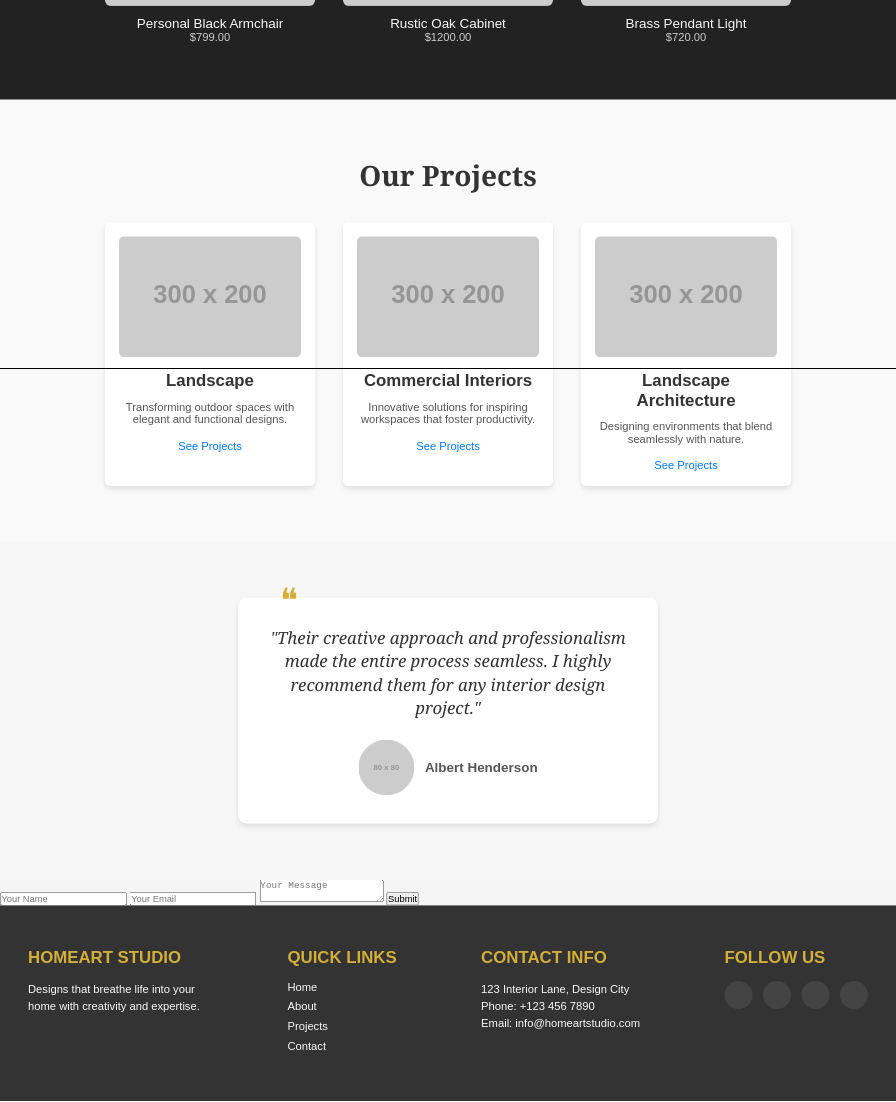
Repository: Patience225/home-decor-studio
Page: index.html
The author's editor kept a copy of each file at every save. The page is drawn from the files as they stood at one save, then again after a run of saves.
The browser window is 1280 px wide. The pictures show the part of the page from y = 2378 to 4298 px (the page is 3952 px tall before and 4298 px after), at 70% of full size.

Above is the page before, as saved 2025-01-29 04:46:25.

### index.html
<!DOCTYPE html>
<html lang="en">
<head>
  <meta charset="UTF-8">
  <meta name="viewport" content="width=device-width, initial-scale=1.0">
  <title>HomeArt Studio</title>
  <link rel="stylesheet" href="styles.css">
</head>
<body>
  <header>
    <nav class="navbar">
      <div class="logo">HomeArt Studio</div>
      <ul class="nav-links">
        <li><a href="#">Home</a></li>
        <li><a href="#">About</a></li>
        <li><a href="#">Services</a></li>
        <li><a href="#">Collections</a></li>
        <li><a href="#">Projects</a></li>
        <li><a href="#">Contact</a></li>
      </ul>
      <div class="hamburger">
        <span></span>
        <span></span>
        <span></span>
      </div>
    </nav>
  </header>
  <section class="hero">
    <div class="hero-content">
      <h1>Designs That Breathe Life into Your Home</h1>
      <img src="https://via.placeholder.com/1200x600" alt="Living room design" class="hero-image">
      <div class="hero-stats">
        <div class="stat-item">
          <h2>100%</h2>
          <p>Satisfaction Guarantee</p>
        </div>
        <div class="stat-item">
          <h2>250</h2>
          <p>Projects Completed</p>
        </div>
        <div class="stat-item">
          <h2>3469</h2>
          <p>Happy Clients</p>
        </div>
      </div>
    </div>
  </section>
  <section class="introduction">
    <div class="intro-container">
      <div class="intro-text">
        <h2>Bringing Vision and Expertise to Every Project</h2>
        <p>
          With years of experience and a commitment to excellence, we transform
          spaces into inspiring works of art. Whether you are looking to refresh a room
          or design a completely new living space, we provide personalized solutions
          tailored to your taste and lifestyle.
        </p>
      </div>
      <div class="intro-images">
        <img src="https://via.placeholder.com/400x300" alt="Interior design 1">
        <img src="https://via.placeholder.com/400x300" alt="Interior design 2">
      </div>
    </div>
  </section>
  <section class="call-to-action">
    <div class="cta-container">
      <h2>For Everything Your Home Deserves, Reach Out to Us</h2>
      <div class="cta-images">
        <div class="image-card">
          <img src="https://via.placeholder.com/300x300" alt="Armchair">
          <p class="product-name">Personal Black Armchair</p>
          <p class="product-price">$799.00</p>
        </div>
        <div class="image-card">
          <img src="https://via.placeholder.com/300x300" alt="Cabinet">
          <p class="product-name">Rustic Oak Cabinet</p>
          <p class="product-price">$1200.00</p>
        </div>
        <div class="image-card">
          <img src="https://via.placeholder.com/300x300" alt="Pendant Light">
          <p class="product-name">Brass Pendant Light</p>
          <p class="product-price">$720.00</p>
        </div>
      </div>
    </div>
  </section>
  <section class="projects">
    <h2>Our Projects</h2>
    <div class="project-cards">
      <div class="project-card">
        <img src="https://via.placeholder.com/300x200" alt="Landscape Project">
        <h3>Landscape</h3>
        <p>Transforming outdoor spaces with elegant and functional designs.</p>
        <a href="#" class="project-link">See Projects</a>
      </div>
      <div class="project-card">
        <img src="https://via.placeholder.com/300x200" alt="Commercial Interiors">
        <h3>Commercial Interiors</h3>
        <p>Innovative solutions for inspiring workspaces that foster productivity.</p>
        <a href="#" class="project-link">See Projects</a>
      </div>
      <div class="project-card">
        <img src="https://via.placeholder.com/300x200" alt="Architecture">
        <h3>Landscape Architecture</h3>
        <p>Designing environments that blend seamlessly with nature.</p>
        <a href="#" class="project-link">See Projects</a>
      </div>
    </div>
  </section>
  <section class="customer-review">
    <div class="review-container">
      <span class="quote-icon">❝</span>
      <p class="review-text">"Their creative approach and professionalism made the entire process seamless. I highly recommend them for any interior design project."</p>
      <div class="customer-info">
        <img src="https://via.placeholder.com/80x80" alt="Customer Picture" class="customer-img">
        <p class="customer-name">Albert Henderson</p>
      </div>
    </div>
  </section>
  <form id="contact-form">
    <input type="text" id="name" placeholder="Your Name" required>
    <input type="email" id="email" placeholder="Your Email" required>
    <textarea id="message" placeholder="Your Message" required></textarea>
    <button type="submit">Submit</button>
    <p id="form-feedback"></p>
  </form>
  <button id="back-to-top">↑</button>

  <footer class="footer">
    <div class="footer-container">
      <div class="footer-column">
        <h3>HomeArt Studio</h3>
        <p>Designs that breathe life into your home with creativity and expertise.</p>
      </div>
      <div class="footer-column">
        <h3>Quick Links</h3>
        <ul>
          <li><a href="#">Home</a></li>
          <li><a href="#">About</a></li>
          <li><a href="#">Projects</a></li>
          <li><a href="#">Contact</a></li>
        </ul>
      </div>
      <div class="footer-column">
        <h3>Contact Info</h3>
        <p>123 Interior Lane, Design City</p>
        <p>Phone: +123 456 7890</p>
        <p>Email: info@homeartstudio.com</p>
      </div>
      <div class="footer-column">
        <h3>Follow Us</h3>
        <div class="social-icons">
          <a href="#"><i class="fab fa-facebook-f"></i></a>
          <a href="#"><i class="fab fa-twitter"></i></a>
          <a href="#"><i class="fab fa-instagram"></i></a>
          <a href="#"><i class="fab fa-linkedin-in"></i></a>
        </div>
      </div>
    </div>
  </footer>

  <script src="script.js"></script>
</body>
</html>

### styles.css
* {
  margin: 0;
  padding: 0;
  box-sizing: border-box;
}

body {
  font-family: 'Arial', sans-serif;
  background-color: #f5f5f5;
}

header {
  width: 100%;
  background-color: white;
  padding: 15px 30px;
  box-shadow: 0 2px 5px rgba(0, 0, 0, 0.1);
  position: fixed;
  top: 0;
  z-index: 10;
}

.navbar {
  display: flex;
  justify-content: space-between;
  align-items: center;
  max-width: 1200px;
  margin: auto;
}

.logo {
  font-size: 1.5rem;
  font-weight: bold;
  color: #333;
}

.nav-links {
  display: flex;
  list-style: none;
}

.nav-links li {
  margin-left: 25px;
}

.nav-links a {
  text-decoration: none;
  color: #333;
  font-size: 1rem;
  transition: color 0.3s ease;
}

.nav-links a:hover {
  color: #0078ff;
}

.hamburger {
  display: none;
  flex-direction: column;
  cursor: pointer;
}

.hamburger span {
  height: 3px;
  width: 25px;
  background: #333;
  margin: 4px 0;
}

@media (max-width: 768px) {
  .nav-links {
    display: none;
    flex-direction: column;
    position: absolute;
    top: 60px;
    right: 0;
    background-color: white;
    width: 100%;
    text-align: right;
  }

  .nav-links.active {
    display: flex;
  }

  .hamburger {
    display: flex;
  }
}

.hero {
  width: 100%;
  background-color: #f9f9f9;
  padding: 80px 0;
  text-align: center;
}

.hero-content h1 {
  font-size: 3rem;
  font-family: 'Georgia', serif;
  color: #333;
  margin-bottom: 20px;
}

.hero-image {
  width: 100%;
  max-width: 1200px;
  height: auto;
  border-radius: 8px;
  margin: 30px 0;
}

.hero-stats {
  display: flex;
  justify-content: space-evenly;
  max-width: 1000px;
  margin: auto;
  padding: 20px 0;
}

.stat-item {
  text-align: center;
}

.stat-item h2 {
  font-size: 2.5rem;
  font-weight: bold;
  color: #0078ff;
}

.stat-item p {
  font-size: 1rem;
  color: #555;
}

@media (max-width: 768px) {
  .hero-content h1 {
    font-size: 2rem;
  }

  .hero-stats {
    flex-direction: column;
    gap: 20px;
  }
}

.introduction {
  background-color: #ffffff;
  padding: 80px 0;
  text-align: left;
}

.intro-container {
  display: flex;
  justify-content: space-between;
  align-items: center;
  max-width: 1200px;
  margin: auto;
}

.intro-text {
  width: 50%;
  padding-right: 20px;
}

.intro-text h2 {
  font-size: 2.5rem;
  font-family: 'Georgia', serif;
  color: #333;
  margin-bottom: 15px;
}

.intro-text p {
  font-size: 1rem;
  line-height: 1.6;
  color: #555;
}

.intro-images {
  display: flex;
  flex-direction: column;
  gap: 20px;
  width: 40%;
}

.intro-images img {
  width: 100%;
  border-radius: 8px;
  object-fit: cover;
}

@media (max-width: 768px) {
  .intro-container {
    flex-direction: column;
    text-align: center;
  }

  .intro-text,
  .intro-images {
    width: 100%;
  }

  .intro-text {
    padding-right: 0;
  }
}

.call-to-action {
  background-color: #222;
  padding: 80px 0;
  text-align: center;
  color: #fff;
}

.cta-container h2 {
  font-size: 2.5rem;
  font-family: 'Georgia', serif;
  color: #ffffff;
  margin-bottom: 40px;
}

.cta-images {
  display: flex;
  justify-content: center;
  gap: 40px;
}

.image-card {
  text-align: center;
  max-width: 300px;
}

.image-card img {
  width: 100%;
  border-radius: 8px;
  object-fit: cover;
}

.product-name {
  font-size: 1.2rem;
  color: #f9f9f9;
  margin-top: 10px;
}

.product-price {
  font-size: 1rem;
  color: #cccccc;
}

@media (max-width: 768px) {
  .cta-images {
    flex-direction: column;
    gap: 20px;
  }
}

.projects {
  background-color: #f9f9f9;
  padding: 80px 0;
  text-align: center;
}

.projects h2 {
  font-size: 2.5rem;
  font-family: 'Georgia', serif;
  color: #333;
  margin-bottom: 40px;
}

.project-cards {
  display: flex;
  justify-content: center;
  gap: 40px;
  max-width: 1200px;
  margin: auto;
}

.project-card {
  background-color: #ffffff;
  border-radius: 8px;
  text-align: center;
  max-width: 300px;
  padding: 20px;
  box-shadow: 0 4px 8px rgba(0, 0, 0, 0.1);
}

.project-card img {
  width: 100%;
  border-radius: 8px;
  transition: transform 0.3s ease;
}

.project-card img:hover {
  transform: scale(1.05);
}

.project-card h3 {
  font-size: 1.5rem;
  color: #333;
  margin: 15px 0;
}

.project-card p {
  font-size: 1rem;
  color: #555;
  margin-bottom: 20px;
}

.project-link {
  font-size: 1rem;
  color: #0078ff;
  text-decoration: none;
}

.project-link:hover {
  text-decoration: underline;
}

@media (max-width: 768px) {
  .project-cards {
    flex-direction: column;
    gap: 20px;
  }
}

.customer-review {
  background-color: #f6f6f6;
  padding: 80px 0;
  text-align: center;
}

.review-container {
  background-color: #ffffff;
  max-width: 600px;
  margin: auto;
  padding: 40px;
  border-radius: 12px;
  box-shadow: 0 4px 8px rgba(0, 0, 0, 0.1);
  position: relative;
}

.quote-icon {
  font-size: 3rem;
  color: #d4af37;
  position: absolute;
  top: -25px;
  left: 10%;
}

.review-text {
  font-family: 'Georgia', serif;
  font-size: 1.5rem;
  font-style: italic;
  color: #333;
  margin-bottom: 30px;
}

.customer-info {
  display: flex;
  justify-content: center;
  align-items: center;
  gap: 15px;
  margin-top: 20px;
}

.customer-img {
  width: 80px;
  height: 80px;
  border-radius: 50%;
  object-fit: cover;
}

.customer-name {
  font-size: 1.2rem;
  font-weight: bold;
  color: #555;
}

@media (max-width: 768px) {
  .review-container {
    padding: 30px;
  }

  .review-text {
    font-size: 1.2rem;
  }

  .quote-icon {
    font-size: 2.5rem;
  }
}

#back-to-top {
  position: fixed;
  bottom: 30px;
  right: 30px;
  background-color: #d4af37;
  color: white;
  border: none;
  padding: 10px 15px;
  cursor: pointer;
  display: none;
  border-radius: 50%;
}

#back-to-top:hover {
  background-color: #333;
}


/* Footer Styles */
.footer {
  background-color: #333;
  color: #f9f9f9;
  padding: 60px 0;
}

.footer-container {
  display: flex;
  justify-content: space-between;
  max-width: 1200px;
  margin: auto;
  flex-wrap: wrap;
  gap: 40px;
}

.footer-column {
  max-width: 250px;
}

.footer-column h3 {
  font-size: 1.5rem;
  text-transform: uppercase;
  color: #d4af37;
  margin-bottom: 20px;
}

.footer-column p {
  font-size: 1rem;
  line-height: 1.5;
}

.footer-column ul {
  list-style: none;
  padding: 0;
}

.footer-column ul li {
  margin-bottom: 10px;
}

.footer-column ul li a {
  color: #f9f9f9;
  text-decoration: none;
  transition: color 0.3s ease;
}

.footer-column ul li a:hover {
  color: #d4af37;
}

.social-icons {
  display: flex;
  gap: 15px;
}

.social-icons a {
  display: inline-block;
  color: #f9f9f9;
  background-color: #444;
  width: 40px;
  height: 40px;
  line-height: 40px;
  text-align: center;
  border-radius: 50%;
  font-size: 1.2rem;
  transition: all 0.3s ease;
}

.social-icons a:hover {
  background-color: #d4af37;
  color: #fff;
}

@media (max-width: 768px) {
  .footer-container {
    flex-direction: column;
    text-align: center;
  }

  .footer-column {
    max-width: 100%;
  }
}

### script.js
const hamburger = document.querySelector('.hamburger');
const navLinks = document.querySelector('.nav-links');

hamburger.addEventListener('click', () => {
  navLinks.classList.toggle('active');
});

// Smooth scroll for navigation links
document.querySelectorAll('a[href^="#"]').forEach(anchor => {
  anchor.addEventListener('click', function (e) {
    e.preventDefault();
    document.querySelector(this.getAttribute('href')).scrollIntoView({
      behavior: 'smooth'
    });
  });
});

// Contact form validation
document.getElementById('contact-form').addEventListener('submit', function (e) {
  e.preventDefault();

  const name = document.getElementById('name').value.trim();
  const email = document.getElementById('email').value.trim();
  const message = document.getElementById('message').value.trim();
  const feedback = document.getElementById('form-feedback');
  const emailRegex = /^[^\s@]+@[^\s@]+\.[^\s@]+$/;

  if (!name || !email || !message) {
    feedback.textContent = "Please fill in all fields.";
    feedback.style.color = "red";
  } else if (!emailRegex.test(email)) {
    feedback.textContent = "Please enter a valid email address.";
    feedback.style.color = "red";
  } else {
    feedback.textContent = "Thank you for your message! We'll get back to you soon.";
    feedback.style.color = "green";
    document.getElementById('contact-form').reset();
  }
});

// Hover effect for gallery images
const galleryImages = document.querySelectorAll('.gallery-item');

galleryImages.forEach(image => {
  image.addEventListener('mouseenter', () => {
    image.style.transform = 'scale(1.1)';
    image.style.transition = 'transform 0.3s ease';
  });

  image.addEventListener('mouseleave', () => {
    image.style.transform = 'scale(1)';
  });
});

// Back to top button functionality
const backToTopButton = document.getElementById('back-to-top');

window.addEventListener('scroll', () => {
  if (window.scrollY > 300) {
    backToTopButton.style.display = 'block';
  } else {
    backToTopButton.style.display = 'none';
  }
});

backToTopButton.addEventListener('click', () => {
  window.scrollTo({
    top: 0,
    behavior: 'smooth'
  });
});

// Add hover effects for footer social icons
const footerIcons = document.querySelectorAll('.social-icons a');

footerIcons.forEach(icon => {
  icon.addEventListener('mouseenter', () => {
    icon.style.transform = 'scale(1.2)';
    icon.style.transition = 'transform 0.3s ease';
  });

  icon.addEventListener('mouseleave', () => {
    icon.style.transform = 'scale(1)';
  });
});

After the next 2 saves:
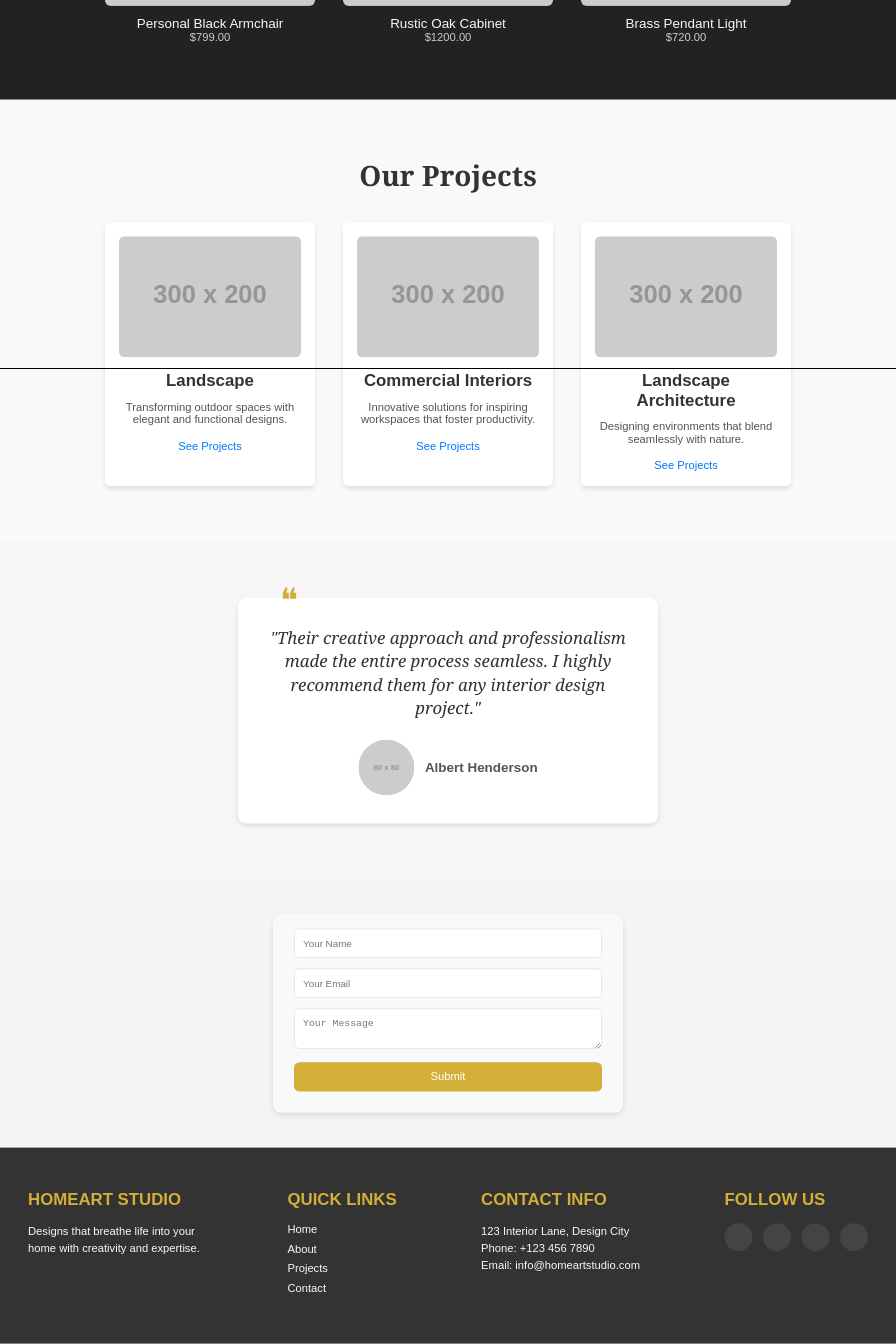
The 2 saves are shown as one change because they came seconds apart.
The last was saved 2 min 43 s later.
--- a/styles.css
+++ b/styles.css
@@ -406,6 +406,64 @@ header {
   background-color: #333;
 }
 
+/* Contact Form Styling */
+#contact-form {
+  width: 100%;
+  max-width: 500px;
+  margin: 50px auto;
+  background-color: #f9f9f9;
+  padding: 20px 30px;
+  border-radius: 12px;
+  box-shadow: 0px 4px 10px rgba(0, 0, 0, 0.1);
+}
+
+#contact-form input,
+#contact-form textarea {
+  width: 100%;
+  padding: 12px;
+  margin-bottom: 15px;
+  border: 1px solid #ddd;
+  border-radius: 8px;
+  font-size: 14px;
+  background-color: #ffffff;
+  transition: border-color 0.3s ease-in-out;
+}
+
+#contact-form input:focus,
+#contact-form textarea:focus {
+  border-color: #d4af37;
+  outline: none;
+}
+
+#contact-form button {
+  width: 100%;
+  padding: 12px;
+  background-color: #d4af37;
+  color: white;
+  font-size: 16px;
+  border: none;
+  border-radius: 8px;
+  cursor: pointer;
+  transition: background-color 0.3s ease-in-out;
+}
+
+#contact-form button:hover {
+  background-color: #333;
+}
+
+#form-feedback {
+  font-size: 14px;
+  margin-top: 10px;
+}
+
+#form-feedback.success {
+  color: green;
+}
+
+#form-feedback.error {
+  color: red;
+}
+
 
 /* Footer Styles */
 .footer {
